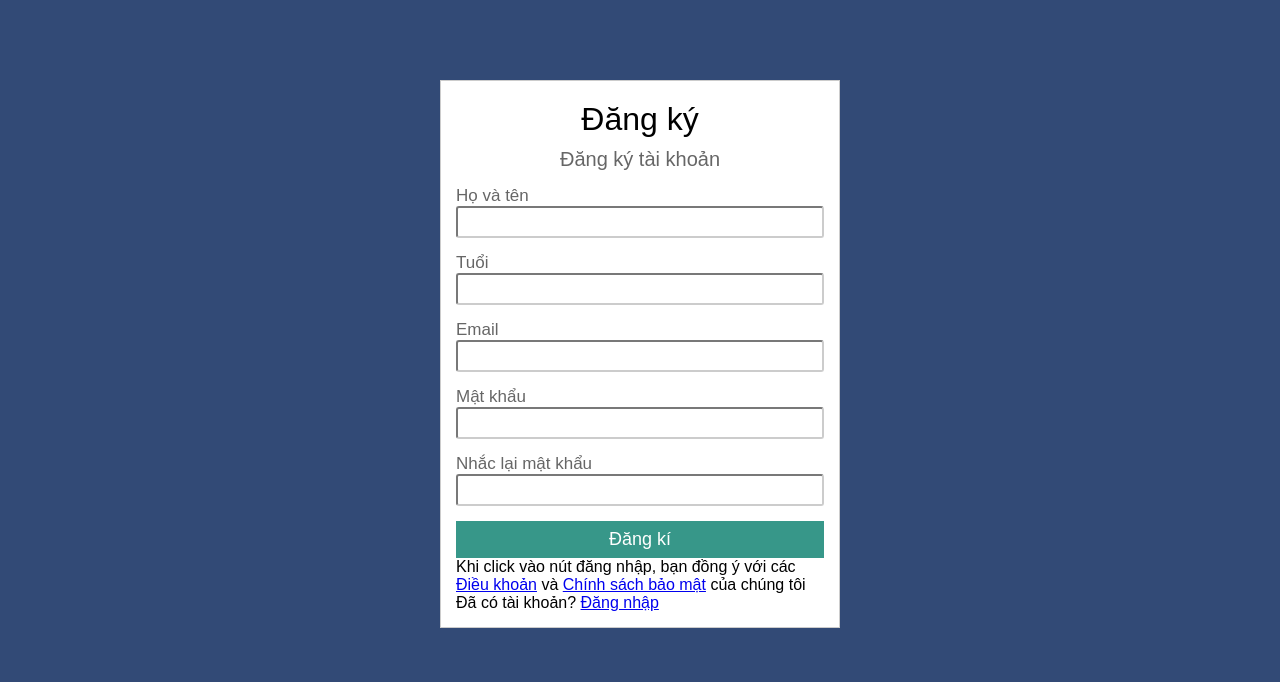
Repository: Ngoc28/HTML-CSS
Page: form/index.html
These files come from the project's save history. The page is drawn as it stood at one moment and after the next save; the edit follows.
The browser window is 1280 px wide. The pictures show the whole page.

Above is the page before, as saved 2023-08-05 14:58:54.

### form/index.html
<!DOCTYPE html>
<html lang="en">
<head>
    <meta charset="UTF-8">
    <meta name="viewport" content="width=device-width, initial-scale=1.0">
    <title>Register</title>
    <link rel="stylesheet" href="./styles.css">
</head>
<body>
    <div class="form">
        <form action="" class="form-register">
            <div class="heading">
                <h1 class="tieude">Đăng ký</h1>
                <p class="desc">
                    Đăng ký tài khoản
                </p>
            </div>
            <!-- text -->
            <div class="block-form name">
                <label for="hoten">Họ và tên</label>
                <input type="text" name="hoten" id="hoten">
            </div>
            <div class="block-form age">
                <label for="tuoi">Tuổi</label>
                <input type="number" name="tuoi" id="tuoi">
            </div>

            <div class="block-form email">
                <label for="email">Email</label>
                <input type="email" name="email" id="email">
            </div>
            <div class="block-form password">
                <label for="password">Mật khẩu</label>
                <input type="password" name="password" id="password">
            </div>
            <div class="block-form password">
                <label for="password">Nhắc lại mật khẩu</label>
                <input type="password" name="password" id="password">
            </div>

                <input class="submit" type="submit" value="Đăng kí">
            <div class="rules">
                <p class="dieukhoan">
                    Khi click vào nút đăng nhập, bạn đồng ý với các
                    <a href="#">Điều khoản</a>
                    và
                    <a href="#">Chính sách bảo mật</a>
                    của chúng tôi
                </p>
                <p class="hasAcount">
                    Đã có tài khoản?
                    <a href="#">Đăng nhập</a>
                </p>
            </div>
        </form>
    </div>
</body>
</html>

### form/styles.css
*{
    padding: 0;
    margin: 0;
    box-sizing: border-box;
}

body {
    background: #324a76;
    font-family: Arial, Helvetica, sans-serif;
}

.form {
    display: flex;
    justify-content: center;
    align-items: center;
    margin-top: 80px;
}

.form-register {
    padding: 20px 15px 15px 15px;
    width: 400px;
    border: 1px solid #ccc;
    background: #fff;
}

.heading {
    text-align: center;
    margin-bottom: 15px;
}

.tieude {
    font-size: 32px;
    font-weight: 400;
    padding-bottom: 10px;
}

.desc {
    font-size: 20px;
    color: #666;
}

.block-form {
    margin-bottom: 15px;
}

.block-form label {
    display: block;
    font-size: 17px;
    color: #666;
}

.block-form input {
    width: 100%;
    padding: 5px;
    font-size: 16px;
    border-radius: 3px;
    border-color: #ccc ;
}

.submit {
    width: 100%;
    background: #379789;
    border: none;
    padding: 8px;
    font-size: 18px;
    font-weight: 300;
    color: #fff;
}

After the next save:
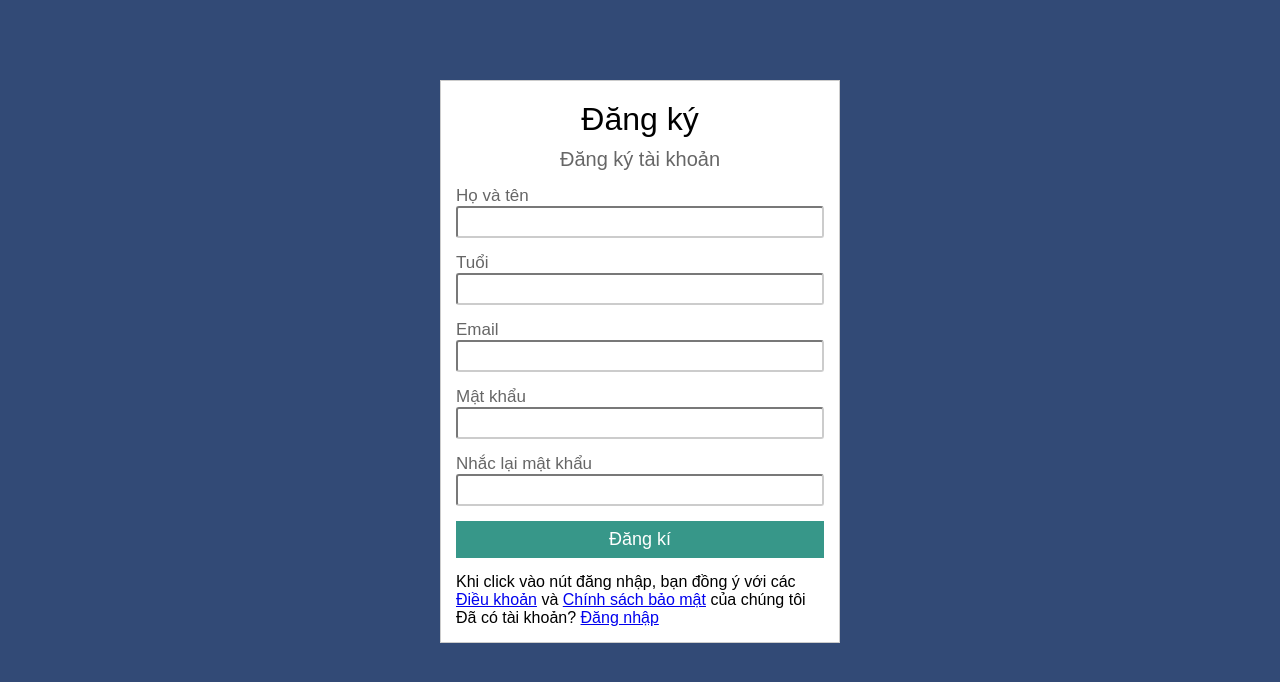
Saved 15 s later.
--- a/form/styles.css
+++ b/form/styles.css
@@ -65,4 +65,5 @@ body {
     font-size: 18px;
     font-weight: 300;
     color: #fff;
+    margin-bottom: 15px;
 }
